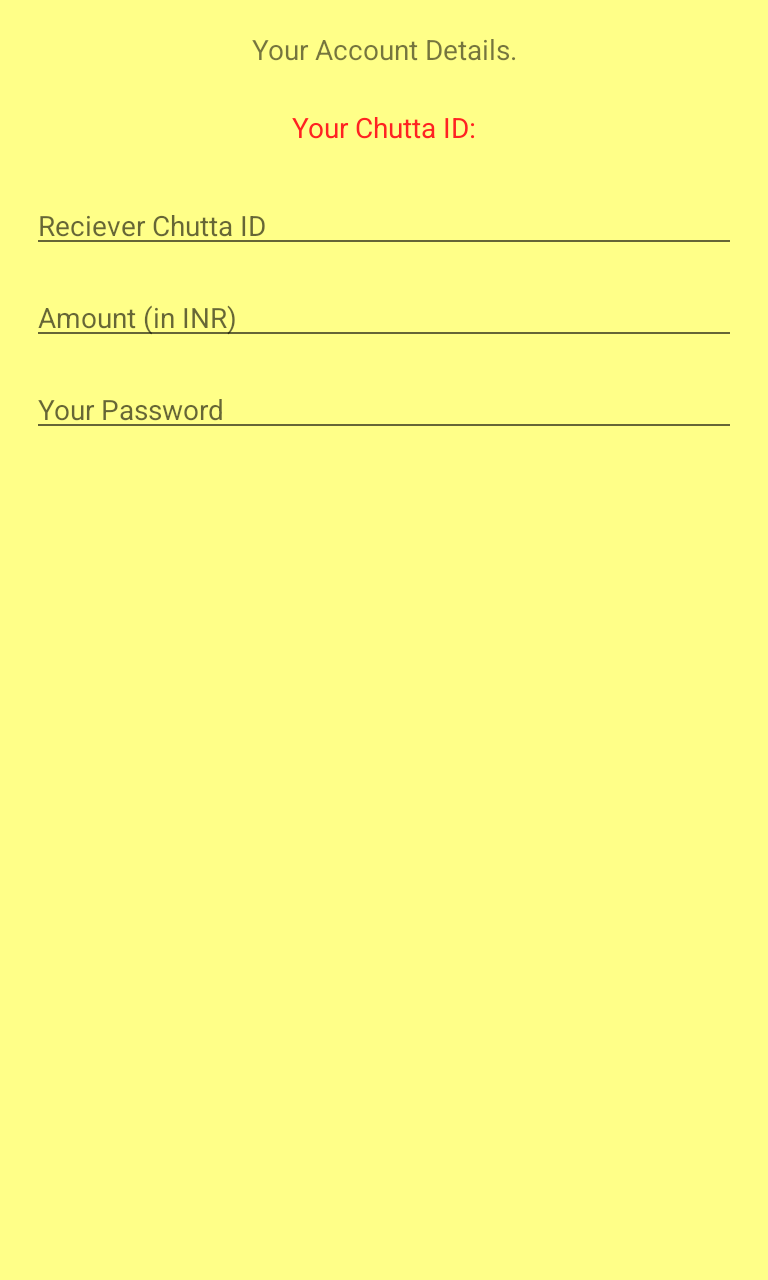
Repository: pankajksharma/chutta-pay
Layout: ChuttaPay/res/layout/activity_account.xml
These files come from the project's save history. The layout is drawn as it stood at one moment and after the next save; the edit follows.
It is drawn on a 768 x 1280 px phone screen (xhdpi) without system bars, with theme AppTheme; the app's code is not run.

Above is the layout before, as saved 2014-04-26 16:24:50.

After the next save:
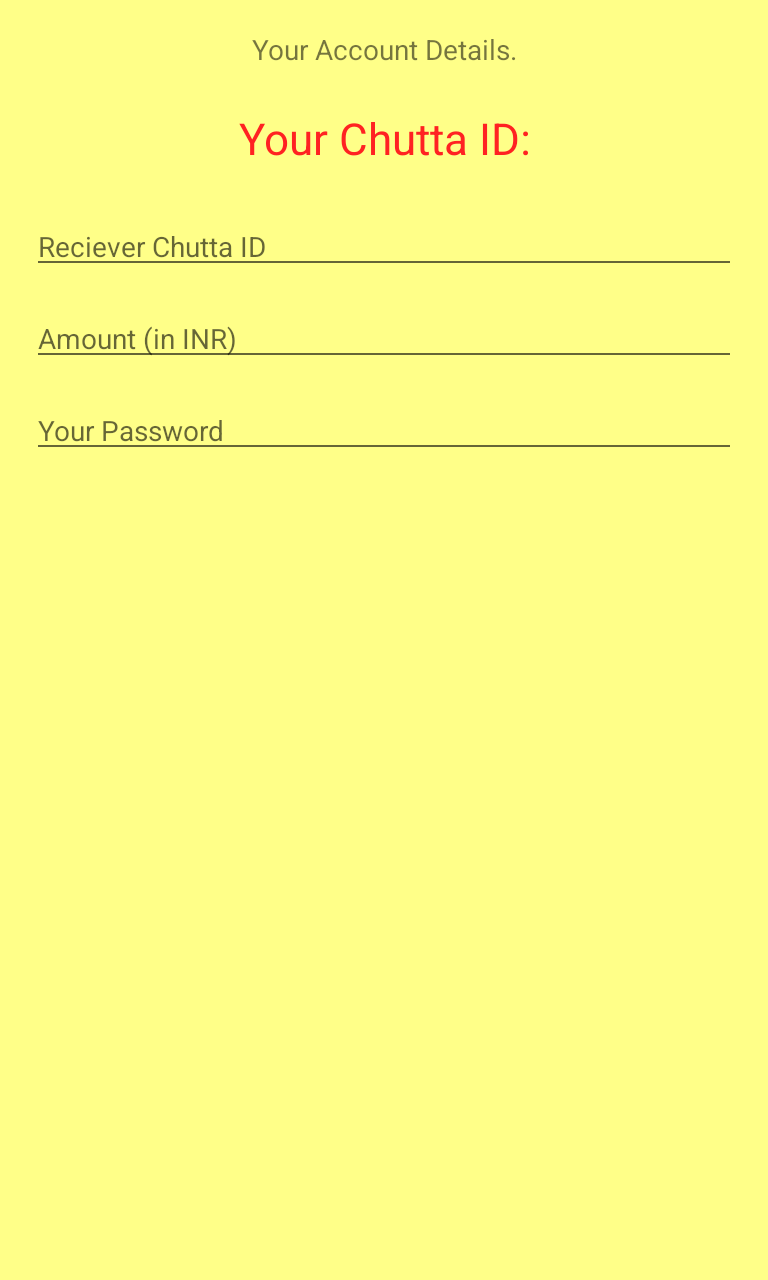
Saved 17 s later.
--- a/ChuttaPay/res/layout/activity_account.xml
+++ b/ChuttaPay/res/layout/activity_account.xml
@@ -27,6 +27,7 @@
             android:gravity="center_horizontal"
             android:layout_marginBottom="20dp"
             android:textColor="#ff2222"
+            android:textSize="22dp"
             android:text="Your Chutta ID:" />
 
         <EditText
